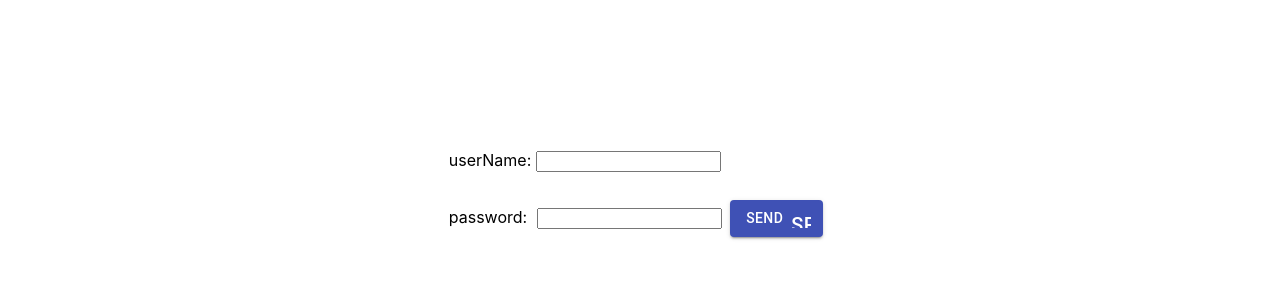
Repository: ehabmelhem/Demotweet-app
Page: /
These files come from the project's save history. The page is drawn as it stood at one moment and after a run of saves; the edit follows.
The browser window is 1280 px wide. The pictures show the whole page.
The project was rebuilt for these pictures with package versions that can differ from the ones it lists, and the page was loaded fresh each time. Also part of the build but not shown: src/Login.js.

Above is the page before, as saved 2021-01-24 01:34:16.

After the next 3 saves:
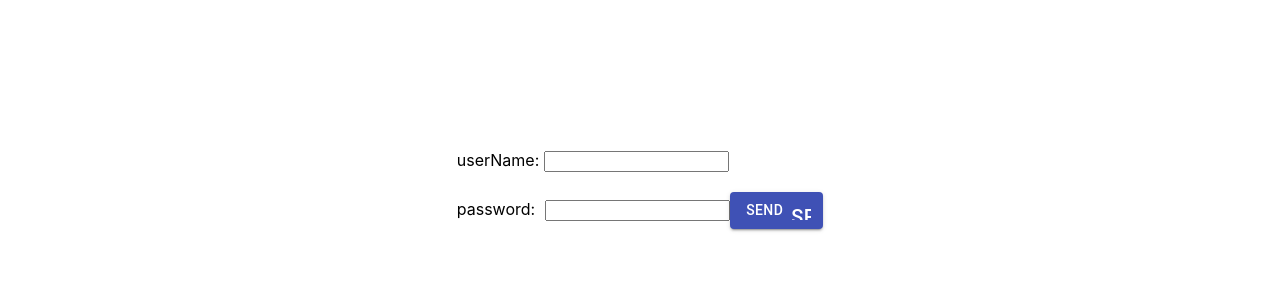
The 3 saves are shown as one change because 1 did not build or start and some came seconds apart.
The last was saved 18 s later.
--- a/src/SignUp.js
+++ b/src/SignUp.js
@@ -4,13 +4,8 @@ import Icon from "@material-ui/core/Icon";
 import Button from "@material-ui/core/Button";
 import { makeStyles } from "@material-ui/core/styles";
 
-const useStyles = makeStyles((theme) => ({
-  button: {
-    margin: theme.spacing(1),
-  },
-}));
 function SignUp() {
-  const classes = useStyles();
+  //   const classes = useStyles();
 
   return (
     <div className="signUp">
@@ -23,7 +18,7 @@ function SignUp() {
       <Button
         variant="contained"
         color="primary"
-        className={classes.button}
+        // className={classes.button}
         endIcon={<Icon>send</Icon>}
       >
         Send
